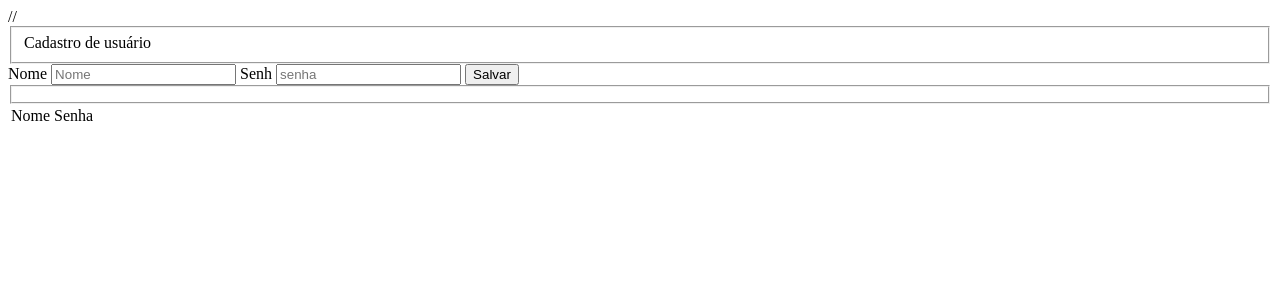
Repository: waanvieira/f21-jdbc-f21-jdbc-exer
Page: curso_java_web1/src/main/webapp/FormCadastroUser.html
An editor plug-in stored every save of this project. The page is shown before and after the next save, followed by the edit.
The browser window is 1280 px wide. The pictures show the whole page.

Above is the page before, as saved 2019-02-18 21:39:09.

After the next save:
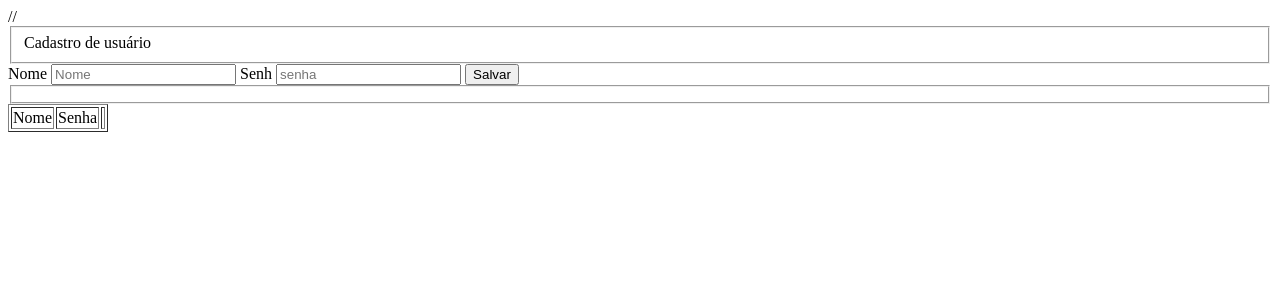
Saved 7 s later.
--- a/curso_java_web1/src/main/webapp/FormCadastroUser.html
+++ b/curso_java_web1/src/main/webapp/FormCadastroUser.html
@@ -29,7 +29,7 @@ function mostraArray(){
 <label>Senh</label>
 <input type="password" name=nome id=senha placeholder="senha">
 <input type="button" onclick="mostraArray()" value="Salvar">
-<table>
+<table border=1>
 <fieldset>
 <tr  bordercolor="black">
 	<td>Nome</td>
